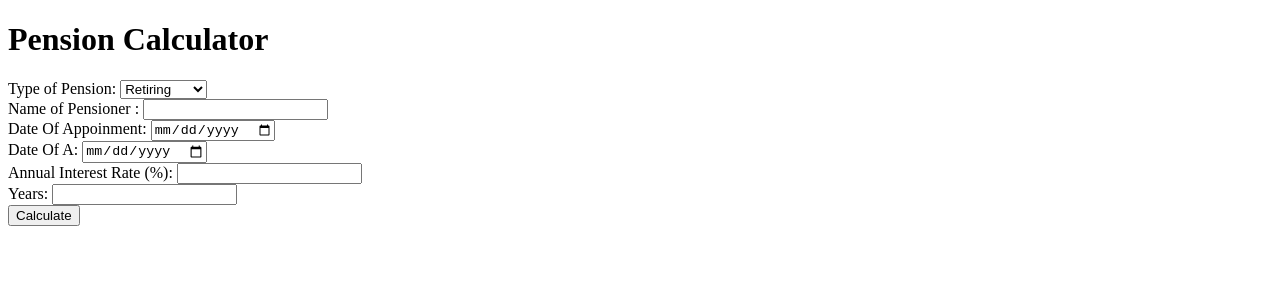
Repository: AQSA-ABDULLAH/RetirementManagmentSystem
Page: RetimentManagmentSystem/src/main/webapp/PensionCalculator.html
These files come from the project's save history. The page is drawn as it stood at one moment and after the next save; the edit follows.
The browser window is 1280 px wide. The pictures show the whole page.

Above is the page before, as saved 2023-08-13 17:47:15.

After the next save:
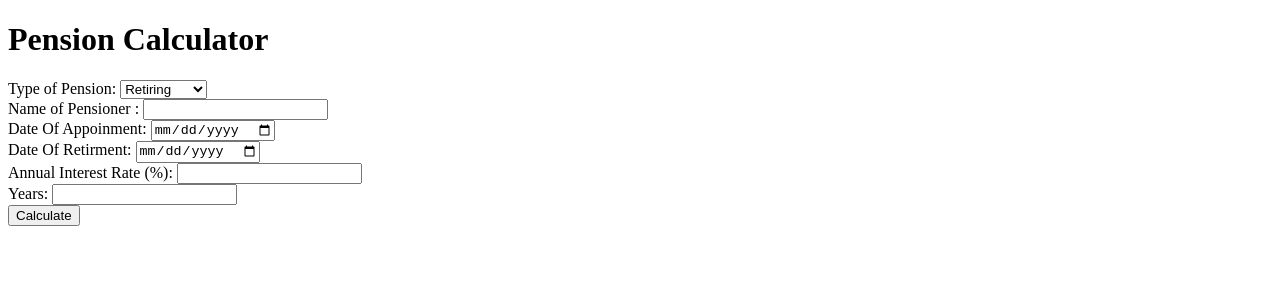
Saved 60 s later.
--- a/RetimentManagmentSystem/src/main/webapp/PensionCalculator.html
+++ b/RetimentManagmentSystem/src/main/webapp/PensionCalculator.html
@@ -36,11 +36,11 @@
     <label for="name">Name of Pensioner :</label>
     <input type="text" id="name" required><br>
 
-    <label for="Date">Date Of Appoinment:</label>
-    <input type="date" id="Date" required><br>
+    <label for="DateAppoinment">Date Of Appoinment:</label>
+    <input type="date" id="DateApponiment" required><br>
 
-    <label for="Date">Date Of A:</label>
-    <input type="date" id="Date" required><br>
+    <label for="DateRetirment">Date Of Retirment:</label>
+    <input type="date" id="DateRetirment" required><br>
 
     <label for="interestRate">Annual Interest Rate (%):</label>
     <input type="number" id="interestRate" step="any" required><br>
